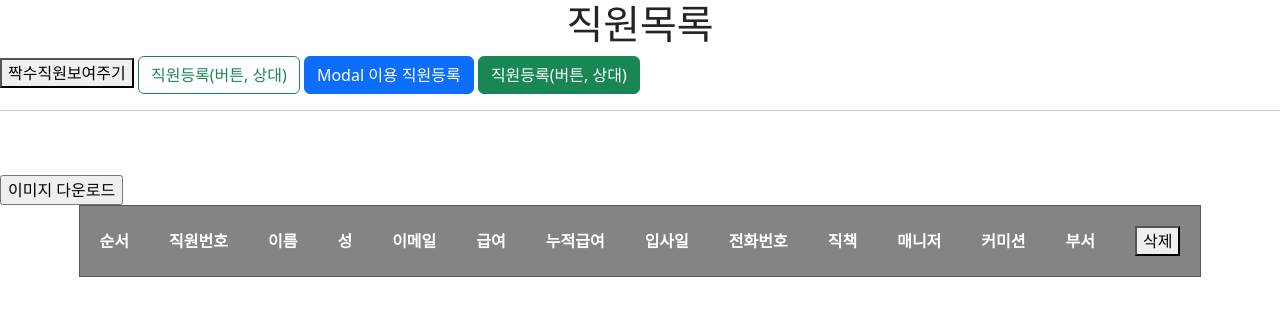
Repository: leessol/spring1
Page: http://localhost/springMVCProject/WEB-INF/views/emp/empSelect.jsp
An editor plug-in stored every save of this project. The page is shown before and after the next save, followed by the edit.
The browser window is 1280 px wide. The pictures show the whole page.
The page is served by Tomcat 9. Nobody is signed in. Other server files are loaded and not shown. The template is opened directly, without the code that normally fills it, so the values that code supplies are empty.

Above is the page before, as saved 2023-05-08 03:25:56.

### springMVCProject/src/main/webapp/WEB-INF/views/emp/empSelect.jsp

<%@page import="com.shinhan.vo.EmpVO"%>
<%@page import="java.util.List"%>
<%@ page language="java" contentType="text/html; charset=UTF-8"
	pageEncoding="UTF-8"%>
<%@ taglib prefix="c" uri="http://java.sun.com/jsp/jstl/core"%>
<c:set var="path" value="${pageContext.request.contextPath }" />
<%@ taglib prefix="fmt" uri="http://java.sun.com/jsp/jstl/fmt"%>

<!-- 문자열 함수 라이브러리 사용하기 -->
<%@ taglib prefix="fn" uri="http://java.sun.com/jsp/jstl/functions"%>
<%
//자바를 다 없애야하는데 view에서 아래의 문법은 어쩔 수 없다.
//형변환 해야한다. 왜냐면 오르쪽은 그냥 object 타입이어서. (object(부모)에서 자식으로 강제 형변환)
//view이다 자바를 하면 안된다. --> 원래는 html만 있어야 한다.
//MVC1모델 servlet(controller)가 view를 안 거치고 바로 client에 뿌려주는 것이다. 이렇게 하면 안됨.
//List<EmpVO> empList = (List<EmpVO>) request.getAttribute("empAll");//request.setAttribute("empAll", emplist); 서블릿 페이지에서 세팅을 한것을 받는 것이다.
%>
<!DOCTYPE html>
<html>
<head>
<meta charset="UTF-8">
<title>Insert title here</title>

<%@ include file="../common/commonfiles.jsp"%>
<style>
#container {

}

table {
	border: 1px solid #585858;
	margin: 0 auto;
}

h1 {
	font-size: 20;
	text-align: center;
}

th, td {
	padding: 20px;
	text-align: center;
}

th {
	color: white;
}

td {
	background-color: #F2F2F2;
}

tr th {
	background-color: #848484;
}
</style>

<script>
	$(function() {
		$(".btnDel").on("click", function() {
			console.log("Sss");
			location.href = "${path}/emp/empDelete.do?empid=" + $(this).attr("data-del"); //get 방식
		});
	});

	$(function() {
		$("thead tr th").click(function(e) {
			//내가 클릭한 th가 몇번째인가?
			var trNum = $(this).closest("th").prevAll().length;
			console.log(trNum);
			var a = $("tbody tr").each(function(index, item) {
				var col = $(item).find("td:nth-child(" + (trNum + 1) + ")");
				console.dir(col);
				//되돌리기(기존선택을 clear)
				$(item).find("td").css("background-color", "white");
				//신규선택의 색깔 바꾸기
				$(col).css("background-color", "orange");
			});
		});
	});

	$(function() {
		$("#my1").click(
				function() {
					$("tbody").each(
							function(index, item) {
								//$(item).css("background-color", "red");
								$(item).find("tr:nth-child(2n+1)").css(
										"background-color", "green");
								//$(item).find("td").css("background-color", "green");
							});

				});

		//#container > table > tbody > tr:nth-child(1) > td:nth-child(2)
	});
</script>
</head>
<body>
	<div id="container">
		<h1>직원목록</h1>
		<!-- include 지시자: 합쳐서 컴파일한다. include 디렉티브는 소스를 합쳐서 컴파일한다.  -->
		<%-- <%@ include file="../common/header.jsp" %> --%>
		<!-- include action tag 이용: 컴파일하고 합침 -->

		<button id="my1">짝수직원보여주기</button>
		<button onclick="location.href='${path}/emp/empinsert.do'"
			type="button" class="btn btn-outline-success">직원등록(버튼, 상대)</button>
		<button type="button" class="btn btn-primary" data-bs-toggle="modal"
			data-bs-target="#exampleModal" data-bs-whatever="@mdo">Modal
			이용 직원등록</button>
		<button onclick="location.href='${path}/emp/empinsert.do'"
			type="button" class="btn btn-success">직원등록(버튼, 상대)</button>

		<hr>

		<form method="post" action="${path }/downloadTest/result.jsp">
			<!-- 이름이 가는 것이다.  -->
			<input type=hidden name="param1" value="watch.jpg" /> <br> <input
				type=hidden name="param2" value="umbrella.jpg" /> <br> <input
				type="submit" value="이미지 다운로드">
		</form>


		<table>
			<thead>
				<tr>
					<th>순서</th>
					<th>직원번호</th>
					<th>이름</th>
					<th>성</th>
					<th>이메일</th>
					<th>급여</th>
					<th>누적급여</th>
					<th>입사일</th>
					<th>전화번호</th>
					<th>직책</th>
					<th>매니저</th>
					<th>커미션</th>
					<th>부서</th>
					<th><button>삭제</button></th>
				</tr>
			</thead>
			<tbody>
				<!--
						<향상된 forEach>
						--for(EmpVO emp: empAll) //이것이랑 같은 의미
				-->
				<c:set var="totalSalary" value="0"></c:set>
				<c:forEach items="${empAll}" var="emp" varStatus="status">
					<c:set var="totalSalary" value="${totalSalary+emp.salary}"></c:set>
					<tr>
						<td
							style="background-color:${status.first||status.last?'orange':'pink'};">${status.count}</td>
						<td><a
							href="${path}/emp/empDetail.do?empid=${emp.employee_id}">${emp.employee_id}</a></td>
						<td><a
							style="color:${fn:length(emp.first_name)>3?'red':'blue'};"
							href="${path}/emp/empDetail.do?empid=${emp.employee_id}">${emp.first_name}</a></td>
						<td>${emp.last_name}</td>
						<td>${emp.email}${fn:substring(emp.email,0,3)}**
							${fn:indexOf(emp.email,"@")}**
							${fn:indexOf(emp.email,"@")>=0?fn:substring(emp.email,0,3):emp.email}
							<%-- ${fn:substring(emp.email,0,${fn:emp.email.indexOf("@")>0?emp.email.indexOf("@"):emp.email.length()})} --%>
						</td>
						<td>${totalSalary}</td>
						<td><fmt:formatNumber value="${emp.salary}"
								groupingUsed="true"></fmt:formatNumber></td>
						<td><fmt:formatDate value="${emp.hire_date}"
								pattern="yyyy/MM/dd" /></td>

						<td>${emp.phone_number}</td>
						<td>${emp.job_id}</td>
						<td>${emp.manager_id}</td>
						<td>${emp.commission_pct}</td>
						<td><fmt:formatNumber type="percent"
								value="${emp.commission_pct}"></fmt:formatNumber></td>
						<td>${emp.department_id}</td>
						<td><button class="btnDel" data-del="${emp.employee_id}">삭제</button></td>
					</tr>

				</c:forEach>


				<%-- <%
				for (EmpVO emp : empList) {
				%>
				<tr>
					<td><a href="empDetail.do?empid=<%=emp.getEmployee_id()%>"><%=emp.getEmployee_id()%></a></td>
					<td><a href="empDetail.do?empid=<%=emp.getEmployee_id()%>"><%=emp.getFirst_name()%></a></td>
					<td><%=emp.getLast_name()%></td>
					<td><%=emp.getEmail()%></td>
					<td><%=emp.getSalary()%></td>
					<td><%=emp.getHire_date()%></td>
					<td><%=emp.getPhone_number()%></td>
					<td><%=emp.getJob_id()%></td>
					<td><%=emp.getManager_id()%></td>
					<td><%=emp.getCommission_pct()%></td>
					<td><%=emp.getDepartment_id()%></td>
					<td><button class="btnDel" data-del="<%=emp.getEmployee_id()%>">삭제</button></td>

				</tr>
				<%
				}
				%> --%>
			</tbody>
		</table>
	</div>
</body>
</html>

### springMVCProject/src/main/webapp/WEB-INF/views/common/commonfiles.jsp
<%@ page language="java" contentType="text/html; charset=UTF-8"
    pageEncoding="UTF-8"%>
<meta name="viewport" content="width=device-width, initial-scale=1">
<link
href="https://cdn.jsdelivr.net/npm/bootstrap@5.2.3/dist/css/bootstrap.min.css"
rel="stylesheet">
<script
src="https://cdn.jsdelivr.net/npm/bootstrap@5.2.3/dist/js/bootstrap.bundle.min.js"></script>
<script src="https://ajax.googleapis.com/ajax/libs/jquery/3.6.3/jquery.min.js"></script>

After the next save:
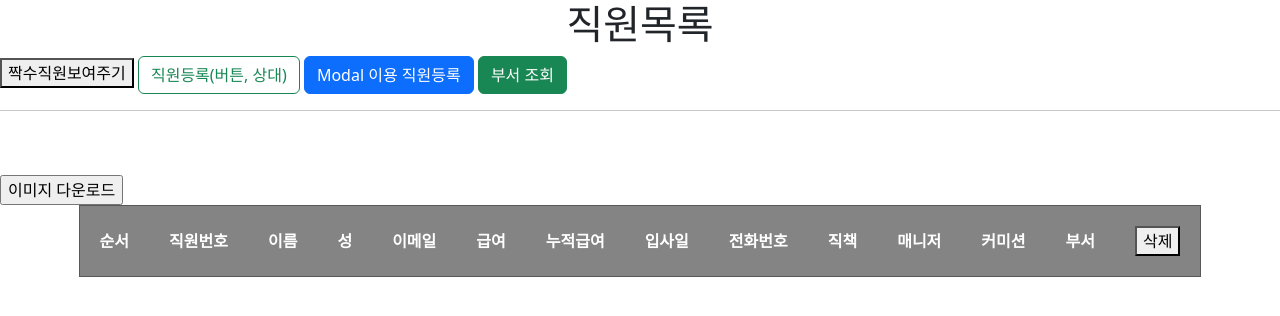
Saved 5 s later.
--- a/springMVCProject/src/main/webapp/WEB-INF/views/emp/empSelect.jsp
+++ b/springMVCProject/src/main/webapp/WEB-INF/views/emp/empSelect.jsp
@@ -111,7 +111,7 @@ tr th {
 			data-bs-target="#exampleModal" data-bs-whatever="@mdo">Modal
 			이용 직원등록</button>
 		<button onclick="location.href='${path}/emp/empinsert.do'"
-			type="button" class="btn btn-success">직원등록(버튼, 상대)</button>
+			type="button" class="btn btn-success">부서 조회</button>
 
 		<hr>
 
